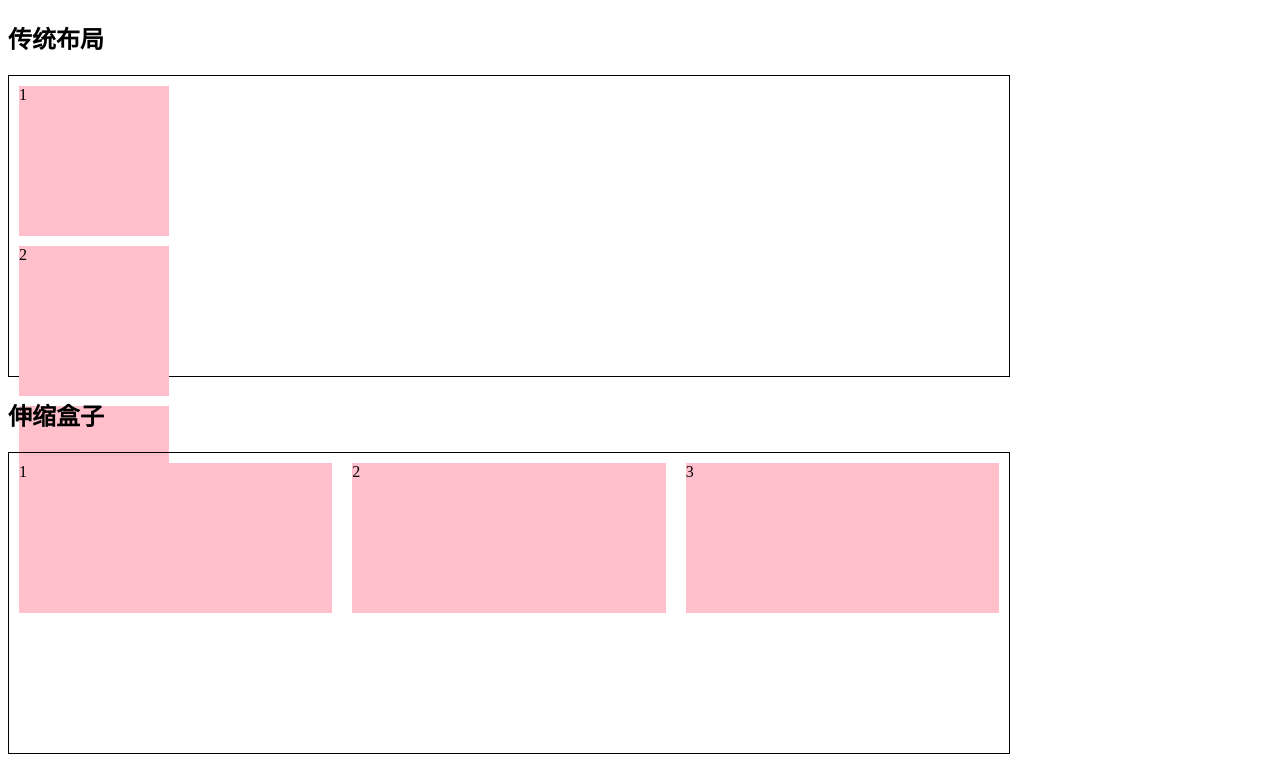
Repository: liuxi0811/web-demo
Page: 伸缩布局.html
These files come from the project's save history. The page is drawn as it stood at one moment and after the next save; the edit follows.
The browser window is 1280 px wide. The pictures show the whole page.

Above is the page before, as saved 2020-12-03 18:07:52.

### 伸缩布局.html
<!DOCTYPE html>
<html lang="en">

<head>
    <meta charset="UTF-8">
    <meta name="viewport" content="width=device-width, initial-scale=1.0">
    <title>Document</title>
    <style>
        div {
            width: 1000px;
            height: 300px;
            border: 1px solid;
        }

        li {
            width: 150px;
            height: 150px;
            background: pink;
            margin: 10px;
            /* display: flex; */
            flex: 1;
        }

        ul {
            list-style: none;

            margin: 0px;
            padding: 0px;

        }
        section:nth-child(2) ul{
            display: flex;
        }
    </style>
</head>

<body>
    <section>
        <h1>传统布局</h1>
        <div>
            <ul>
                <li>1</li>
                <li>2</li>
                <li>3</li>
        </div>
    </section>
    <section>
        <h1>伸缩盒子</h1>
        <div>
            <ul>
                <li>1</li>
                <li>2</li>
                <li>3</li>
        </div>
    </section>
</body>

</html>

After the next save:
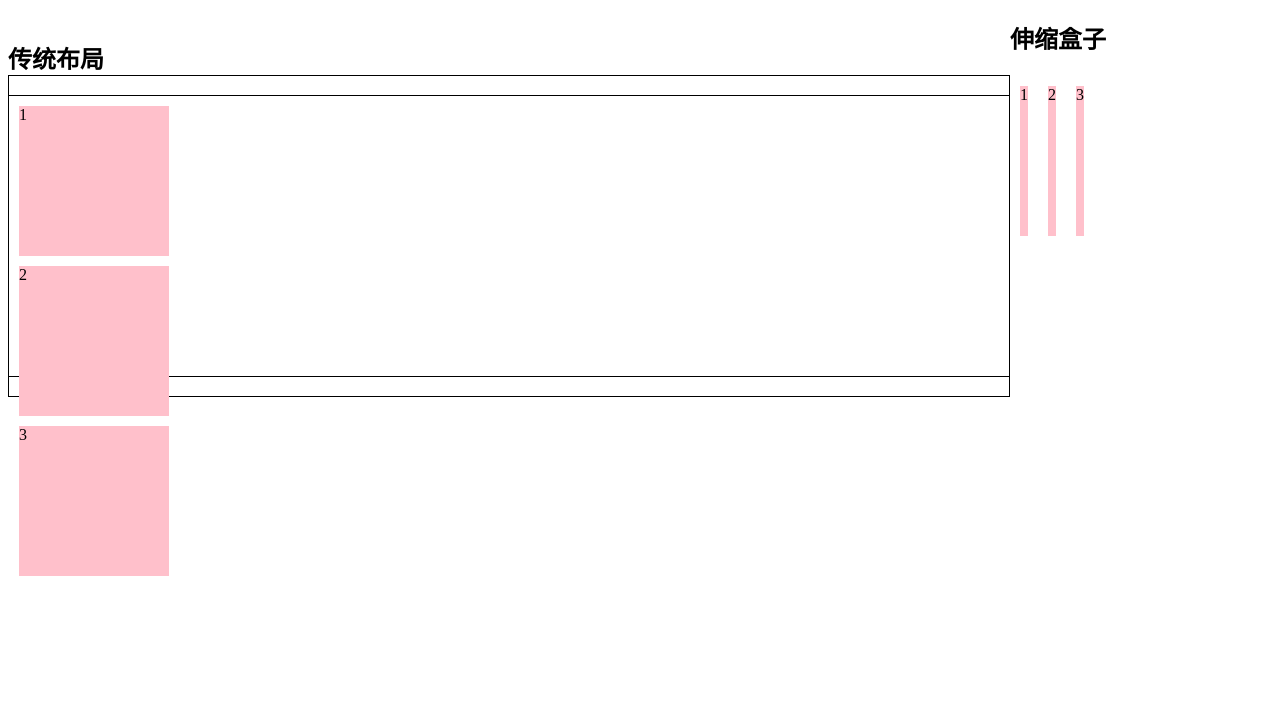
Saved 21 s later.
--- a/伸缩布局.html
+++ b/伸缩布局.html
@@ -28,6 +28,10 @@
             padding: 0px;
 
         }
+
+        section:nth-child(1){
+            float: left;
+        }
         section:nth-child(2) ul{
             display: flex;
         }
